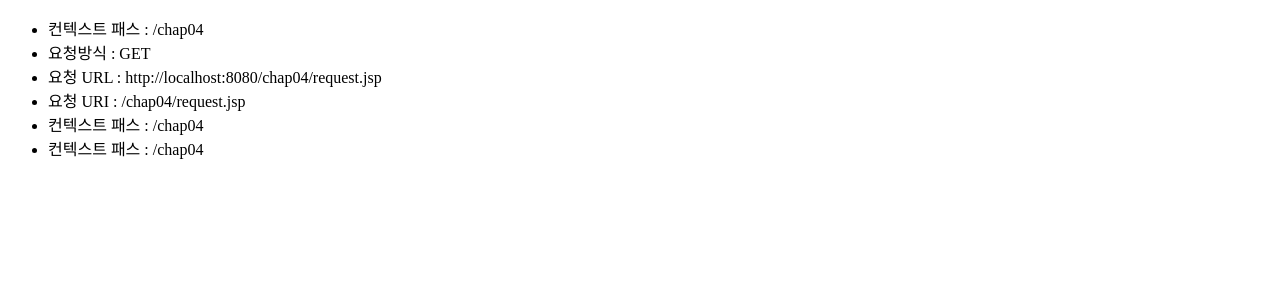
Repository: pro-hk/jsp
Page: http://localhost/chap04/request.jsp
An editor plug-in stored every save of this project. The page is shown before and after a run of saves, followed by the edit.
The browser window is 1280 px wide. The pictures show the whole page.
The page is served by Tomcat 9.

Above is the page before, as saved 2022-01-24 02:47:36.

After the next 2 saves:
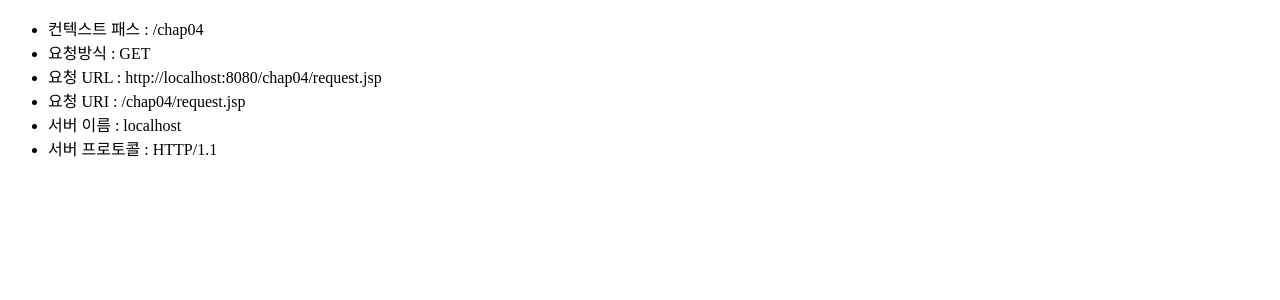
The 2 saves are shown as one change because they came seconds apart.
The last was saved 51 s later.
--- a/chap04/src/main/webapp/request.jsp
+++ b/chap04/src/main/webapp/request.jsp
@@ -13,8 +13,8 @@
 		<li>요청방식 : <%=request.getMethod() %></li>
 		<li>요청 URL : <%=request.getRequestURL() %></li>
 		<li>요청 URI : <%=request.getRequestURI() %></li>
-		<li>컨텍스트 패스 : <%=request.getContextPath() %></li>
-		<li>컨텍스트 패스 : <%=request.getContextPath() %></li>
+		<li>서버 이름 : <%=request.getServerName() %></li>
+		<li>서버 프로토콜 : <%=request.getProtocol() %></li>
 	</ul>
 </body>
 </html>
